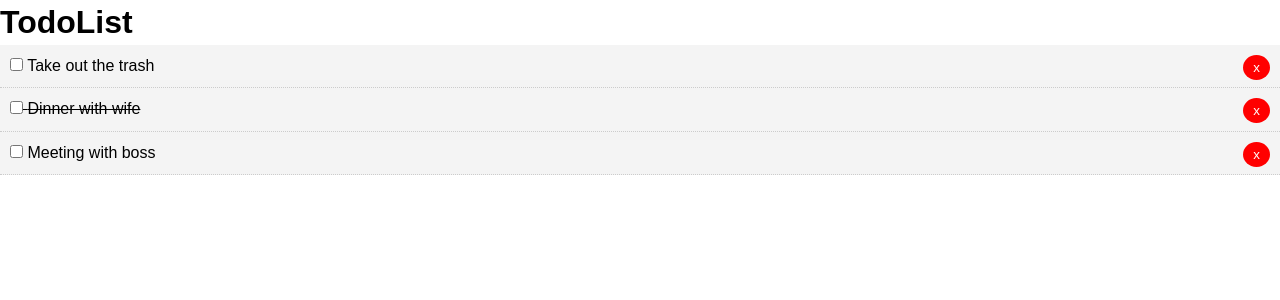
Repository: ChidiChuks/todo-list
Page: /
These files come from the project's save history. The page is drawn as it stood at one moment and after a run of saves; the edit follows.
The browser window is 1280 px wide. The pictures show the whole page.
The project was rebuilt for these pictures with package versions that can differ from the ones it lists, and the page was loaded fresh each time.

Above is the page before, as saved 2019-10-21 14:46:10.

After the next 3 saves:
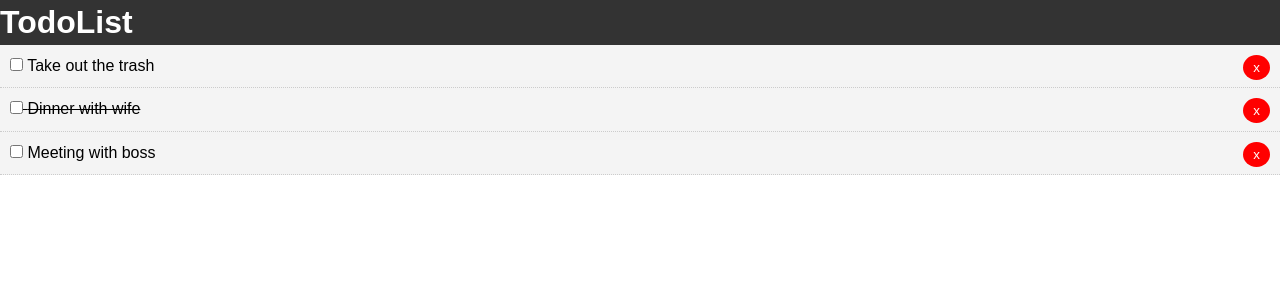
The 3 saves are shown as one change because 2 did not build or start.
The last was saved 103 s later.
--- a/src/components/layout/Header.js
+++ b/src/components/layout/Header.js
@@ -2,10 +2,15 @@ import React from 'react';
 
 function Header() {
   return (
-    <header>
+    <header style={headerStyle}>
       <h1>TodoList</h1>
     </header>
   )
 }
 
+const headerStyle = {
+  background: '#333',
+  color:  '#fff'
+}
+
 export default Header;
